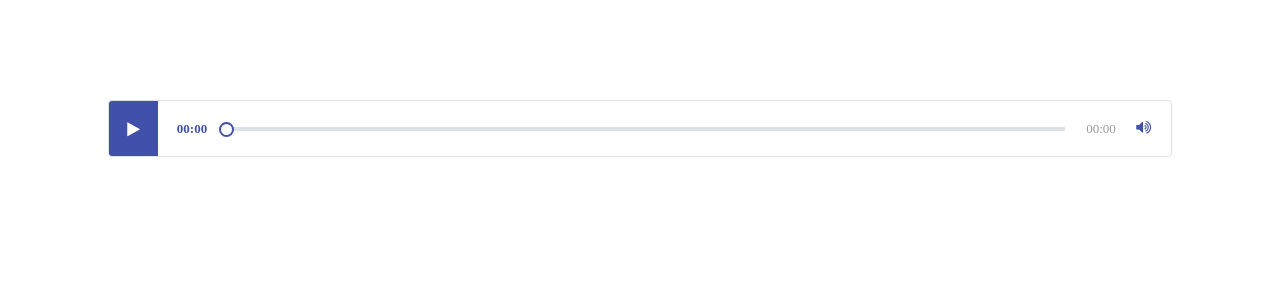
Repository: mitzbarbie/-jQuery-AudioPlayer-plugin
Page: index.html
An editor plug-in stored every save of this project. The page is shown before and after the next save, followed by the edit.
The browser window is 1280 px wide. The pictures show the whole page.

Above is the page before, as saved 2021-11-26 17:34:18.

### index.html
<!DOCTYPE html>
<html lang="en">
  <head>
    <meta charset="UTF-8" />
    <meta http-equiv="X-UA-Compatible" content="IE=edge" />
    <meta name="viewport" content="width=device-width, initial-scale=1.0" />
    <title>Document</title>
    <link rel="stylesheet" href="style.css" />
    <link
      rel="stylesheet"
      href="https://cdnjs.cloudflare.com/ajax/libs/font-awesome/4.7.0/css/font-awesome.min.css"
    />
    <script
      src="https://code.jquery.com/jquery-3.6.0.min.js"
      integrity="sha256-/xUj+3OJU5yExlq6GSYGSHk7tPXikynS7ogEvDej/m4="
      crossorigin="anonymous"
    ></script>
  </head>
  <body>
    <div class="audio" style="margin: 100px"></div>

    <script>
      $(document).ready(function () {
        $(".audio").audioPlayerUtils({
          songs: ["audioEx1.mp3"],
        });
      });
    </script>
    <script>
      $(document).ready(function () {
        $(".audio").audioPlayerUtils({
          songs: ["audioEx1.mp3"],
        });
      });
    </script>

    <script src="audioPlayer.js"></script>
  </body>
</html>

### style.css
.audioPlayer {
  display: flex;
  flex-direction: row;
  box-sizing: border-box;
  width: 100%;
  align-items: center;
  border: 1px solid #dde2e6;
  border-radius: 4px;
  background: #fff;
}

#playPauseBtn {
  display: flex;
  justify-content: center;
  align-items: center;
  width: 49px;
  height: 55px;
  border-radius: 3px 0 0 3px;
  background: #4050ab;
  cursor: pointer;
}

.pausing {
  vertical-align: center;
  background-color: #fff;
  justify-content: center;
  align-items: center;
  width: 45px;
  height: 51px;
  border-radius: 4px 0 0 4px;
  cursor: pointer;
  border: 2px solid #4050ab;
}

.pausing::before {
  display: flex;
  justify-content: center;
  align-items: center;
  margin-top: 17px;
}

.startTime {
  display: flex;
  margin-left: 14px;
  width: 40px;
  justify-content: center;
  font-size: 13px;
  font-weight: 700;
  color: #4050ab;
}

.endTime {
  display: flex;
  width: 40px;
}

#mainBar {
  background: #dde2e6;
  width: 100%;
  height: 4px;
  margin: 15px 15px;
  flex-basis: 0;
  flex-grow: 1;
  position: relative;
  border-radius: px;
  cursor: pointer;
}

#progressBar {
  background: #4050ab;
  height: 4px;
  width: 0px;
  cursor: pointer;
}

#play-head {
  display: flex;
  position: absolute;
  box-sizing: border-box;
  top: -5px;
  left: -8px;
  width: 15px;
  height: 15px;
  background: #fff;
  border: 2px solid #4050ab;
  cursor: pointer;
  border-radius: 50%;
}

.endTime {
  margin-left: 6px;
  margin-right: 10px;
  font-weight: 500;
  font-size: 13px;
  color: #999;
}

#volumeBtn {
  margin-right: 15px;
  margin-bottom: 2px;
  cursor: pointer;
}

#volumeBtn {
  margin-right: 20px;
}

### audioPlayer.js
(function ($, window, document, undefined) {
  $.fn.audioPlayerUtils = function (options) {
    var settings = $.extend({}, options);

    return this.each(function () {
      // developed an initial value of first building on page for HTML DOM init
      var htmlInit =
        '<div class="audioPlayer">\
            <a id="playPauseBtn">\
              <i class="fa fa-play playing" aria-hidden="true" style="color: #fff"></i>\
              <i class="fa fa-pause pausing" aria-hidden="true" style="display: none; color: #4050ab"></i>\
            </a>\
            <div class="startTime">00:00</div>\
            <div id="mainBar">\
              <div id="progressBar">\
                <div id="play-head"></div>\
              </div>\
            </div>\
            <div class="endTime">00:00</div>\
            <a id="volumeBtn">\
              <i class="fa fa-volume-up volume" style="color: #4050ab" aria-hidden="true" ></i>\
              <i class="fa fa-volume-off muting" aria-hidden="true" style="display: none; color: #fd4f1a; margin-right: 8px"></i>\
            </a>\
            <audio id="audioSource" class="audioSource">\
              <source src="" type="audio/mpeg" />\
            </audio>\
          </div>';

      var $this = $(this);
      $this.html(htmlInit);

      var $playPauseBtn = $this.find("#playPauseBtn"),
        $playBtn = $this.find(".playing"),
        $pauseBtn = $this.find(".pausing"),
        $startTime = $this.find(".startTime"),
        $endTime = $this.find(".endTime"),
        $mainBar = $this.find("#mainBar"),
        $progressBar = $this.find("#progressBar"),
        $playHead = $this.find("#play-head"),
        $volumeBtn = $this.find("#volumeBtn"),
        $muteBtn = $this.find(".volume"),
        $unmuteBtn = $this.find(".muting"),
        $audioSource = $this.find("#audioSource")[0];

      $audioSource.src = settings.songs[0];

      var isPlaying = false;
      var audioPlayer, onPlayHead, playerId, mainbar, playHead, timelineWidth;

      playController();
      muteController();
      headBall();

      // Play & Pause Controller / create event using by bind function
      function playController() {
        audioPlayer = $audioSource;
        audioPlayer.addEventListener("timeupdate", progressShow);
        audioPlayer.addEventListener("timeupdate", timeValue);
        $playPauseBtn.bind("click", function (event) {
          if (isPlaying) {
            $audioSource.pause();
            $playBtn.show();
            $pauseBtn.hide();
          } else {
            $audioSource.play();
            $playBtn.hide();
            $pauseBtn.show();
          }

          isPlaying = !isPlaying;
        });
      }

      // Mute & Unmute Controller / create event using by bind function
      function muteController() {
        $volumeBtn.bind("click", function (event) {
          if ($audioSource.muted) {
            $muteBtn.show();
            $unmuteBtn.hide();
          } else {
            $muteBtn.hide();
            $unmuteBtn.show();
          }

          $audioSource.muted = !$audioSource.muted;
        });
      }

      // Calculate current value of time and total value of length
      function calculateCurrentValue(currentTime) {
        var current_hour = parseInt(currentTime / 3600) % 24,
          current_minute = parseInt(currentTime / 60) % 60,
          current_seconds_long = currentTime % 60,
          current_seconds = current_seconds_long.toFixed(),
          current_time =
            (current_minute < 10 ? "0" + current_minute : current_minute) +
            ":" +
            (current_seconds < 10 ? "0" + current_seconds : current_seconds);

        return current_time;
      }

      function calculateTotalValue(length) {
        var minutes = parseInt(Math.floor(length / 60));
        if (isNaN(minutes)) {
          minutes = "00";
        }
        var seconds_int = parseInt(length - minutes * 60);
        if (isNaN(seconds_int)) {
          seconds_int = "00";
        }
        if (seconds_int < 10) {
          seconds_int = "0" + seconds_int;
        }
        var seconds_str = seconds_int.toString();
        var seconds = seconds_str.substr(0, 2);
        var time = minutes + ":" + seconds;

        return time;
      }

      // Calculate the audio live time value (start & end-time)
      function timeValue() {
        var length = audioPlayer.duration;
        var current_time = audioPlayer.currentTime;
        var currentTime = calculateCurrentValue(current_time);
        var totalLength = calculateTotalValue(length);

        $startTime.html(currentTime);
        $endTime.html(totalLength);
      }

      // Calculate the distance of progress-bar duration
      function progressShow() {
        var length = audioPlayer.duration;
        var current_time = audioPlayer.currentTime;
        var progressBar = $progressBar[0];
        var playhead = $playHead[0];
        var width = $mainBar.width();
        var size = width * (current_time / length);

        progressBar.style.width = size + "px";
        playhead.style.marginLeft = width * (current_time / length) + "px";
      }

      // Progress-bar / timeline (loading) & playhead
      function headBall() {
        onPlayHead = null;
        playerId = null;
        mainbar = $mainBar[0];
        progressBar = $progressBar[0];
        timelineWidth = mainbar.clientWidth - progressBar.clientHeight;

        mainbar.addEventListener("click", seek);
        progressBar.addEventListener("mousedown", drag);
        document.addEventListener("mouseup", mouseUp);
      }

      function seek(event) {
        var player = $audioSource;

        player.currentTime =
          player.duration * clickPercent(event, mainbar, timelineWidth);
      }

      function clickPercent(event, mainbar, timelineWidth) {
        return (event.clientX - getPosition(mainbar)) / timelineWidth;
      }

      function getPosition(el) {
        return el.getBoundingClientRect().left;
      }

      // Drag and drag options
      function drag(e) {
        var player = document.getElementById(playerId);
        audioPlayer.addEventListener("timeupdate", progressShow);
        audioPlayer.addEventListener("timeupdate", timeValue);
        onPlayHead = $(this).attr("id");
        playerId = $(this).find("audio").attr("class", "id");
        window.addEventListener("mousemove", dragOpts);
        player.addEventListener("timeupdate", timeUpdate);
      }

      function dragOpts(e) {
        var playHead = $playHead[0];
        var progressBar = $progressBar[0];
        var newMargLeft = e.clientX - getPosition(mainbar);

        if (newMargLeft >= 0 && newMargLeft <= timelineWidth) {
          playHead.style.marginLeft = newMargLeft + "px";
          progressBar.style.width = newMargLeft + "px";
        }
        if (newMargLeft < 0) {
          playHead.style.marginLeft = "0px";
          progressBar.style.width = "0px";
        }
        if (newMargLeft > timelineWidth) {
          playHead.style.marginLeft = timelineWidth + "px";
          progressBar.style.width = timelineWidth + "px";
        }
      }

      // Click (mouse-up & down) on progress-bar
      function mouseUp(e) {
        if (onPlayHead != null) {
          var player = document.getElementById(playerId);
          window.removeEventListener("mousemove", dragOpts);
          player.currentTime =
            player.duration * clickPercent(e, mainbar, timelineWidth);
          audioPlayer.addEventListener("timeupdate", progressShow);
          audioPlayer.addEventListener("timeupdate", timeValue);

          player.addEventListener("timeupdate", timeUpdate);
        }
        onPlayHead = null;
      }

      // Time update after/before drag or click event
      function timeUpdate() {
        var audioSource = document.getElementById(onPlayHead);
        var player = document.getElementById(playerId);
        var playPercent =
          timelineWidth * (player.currentTime / player.duration);
        audioSource.style.marginLeft = playPercent + "px";

        if (player.currentTime == player.duration) {
          player.pause();
        }
      }
    });
  };
})(jQuery, window, document);

After the next save:
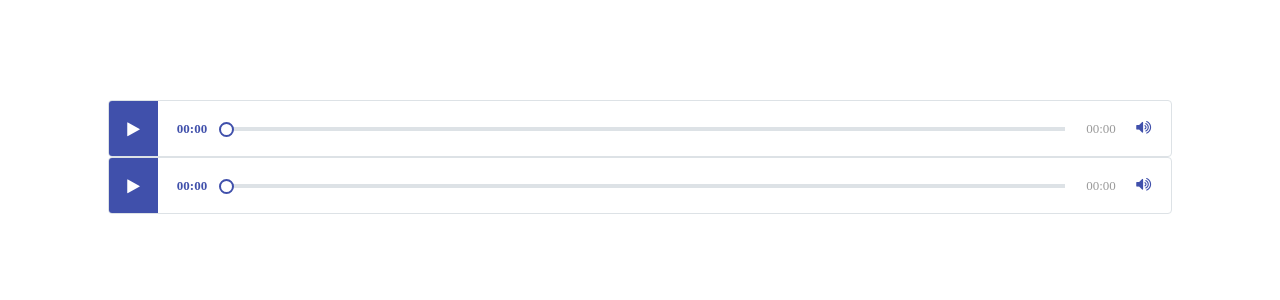
Saved 12 s later.
--- a/audioPlayer.js
+++ b/audioPlayer.js
@@ -27,7 +27,7 @@
           </div>';
 
       var $this = $(this);
-      $this.html(htmlInit);
+      $this.append(htmlInit);
 
       var $playPauseBtn = $this.find("#playPauseBtn"),
         $playBtn = $this.find(".playing"),

After the save that followed:
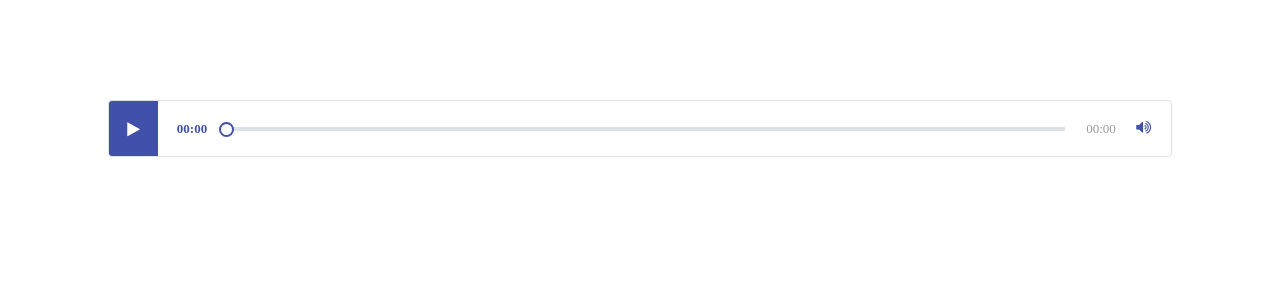
Saved 93 s later.
--- a/audioPlayer.js
+++ b/audioPlayer.js
@@ -27,7 +27,7 @@
           </div>';
 
       var $this = $(this);
-      $this.append(htmlInit);
+      $this.html(htmlInit);
 
       var $playPauseBtn = $this.find("#playPauseBtn"),
         $playBtn = $this.find(".playing"),
